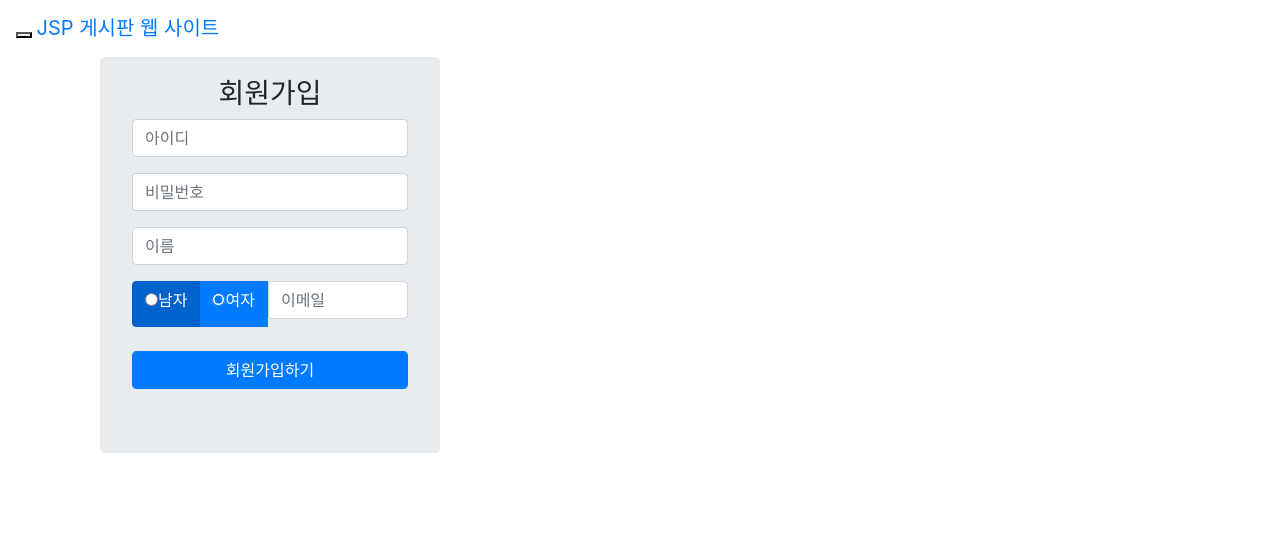
Repository: hz6450/2024-summer-jsp-notice-project
Page: http://localhost/BBS/join.jsp
An editor plug-in stored every save of this project. The page is shown before and after the next save, followed by the edit.
The browser window is 1280 px wide. The pictures show the whole page.
Some web libraries are served in a nearby version. The page is served by Tomcat 10. Other server files are loaded and not shown.

Above is the page before, as saved 2024-07-10 07:15:29.

### projects/BBS/src/main/webapp/join.jsp
<%@ page language="java" contentType="text/html; charset=UTF-8" pageEncoding="UTF-8" %>
    <!DOCTYPE html>
    <html>

    <head>
        <meta charset="UTF-8">
        <meta name="viewport" content="width=device-width" initial-scale="1">
        <link rel="stylesheet" href="css/bootstrap.css">
        <title>jsp 게시판 웹 사이트</title>
    </head>

    <body>
        <nav class="navbar navbar-default">
            <div class="navbar-header">
                <button type="button" class="navbar-toggle" data-toggle="collapse"
                    data-target="#bs-example-navbar-collapse-1" aria-expanded="false">
                    <span class="icon-bar"></span>
                    <span class="icon-bar"></span>
                    <span class="icon-bar"></span>
                </button>
                <a class="navbar-brand" href="main.jsp">JSP 게시판 웹 사이트</a>
            </div>
            <div class="collapse navbar-collapse" id="bs-example-navbar-collapse-1">
                <ul class="nav navbar-nav">
                    <li><a href="main.jsp">메인</a></li>
                    <li><a href="bbs.jsp">게시판</a></li>
                </ul>
                <ul class="nav navber-nav navbar-right">
                    <li class="dropdown">
                        <a href="#" class="dropdown-toggle" data-toggle="dropdown" role="button" aria-haspopup="true"
                            aria-expanded="false">접속하기<span class="caret"></span></a>
                        <ul class="dropdown-menu">
                            <li class="active"><a href="login.jsp">로그인</a></li>
                            <li><a href="join.jsp">회원가입</a></li>
                        </ul>

                    </li>
                </ul>
            </div>
        </nav>

        <div class="container">
            <div class="col-lg-4"></div>
            <div class="col-lg-4">
                <div class="jumbotron" style="padding-top: 20px;">
                    <form methon="post" action="loginAction.jsp">
                        <h3 style="text-align: center;">회원가입</h3>
                        <div class="form-group">
                            <input type="text" class="form-control" placeholder="아이디" name="userID" maxlength="20">
                        </div>
                        <div class="form-group">
                            <input type="password" class="form-control" placeholder="비밀번호" name="userPassword"
                                maxlength="20">
                        </div>
                        <div class="form-group">
                            <input type="text" class="form-control" placeholder="이름" name="userPassword"
                                maxlength="20">
                        </div>
                        <div class="form-group" style="text-align: center;">
                            <div class="btn-group" data-toggle="buttons">
                                <label class="btn btn-primary active">
                                    <input type="radio" name="userGender" autocomplete="off" value="남자" checked>남자
                                </label>
                                <label class="btn btn-primary">
                                    <input type="radio" name="userGender" autocomplete="off" value="여자" checked>여자
                                </label>
                                <div class="form-group">
                                    <input type="email" class="form-control" placeholder="이메일" name="userEmail"
                                        maxlength="20">
                                </div>
                            </div>
                        </div>
                        <input type="submit" class="btn btn-primary form-control" value="회원가입하기">
                    </form>
                </div>
            </div>
            <div class="col-lg-4"></div>

        </div>

        <script src="https://code.jquery.com/jquery-3.1.1.min.js"></script>
        <script src="js/bootstrap.js"></script>

    </body>

    </html>

Loaded but not shown: projects/BBS/src/main/webapp/css/bootstrap.css (library); projects/BBS/src/main/webapp/js/bootstrap.js (library)

After the next save:
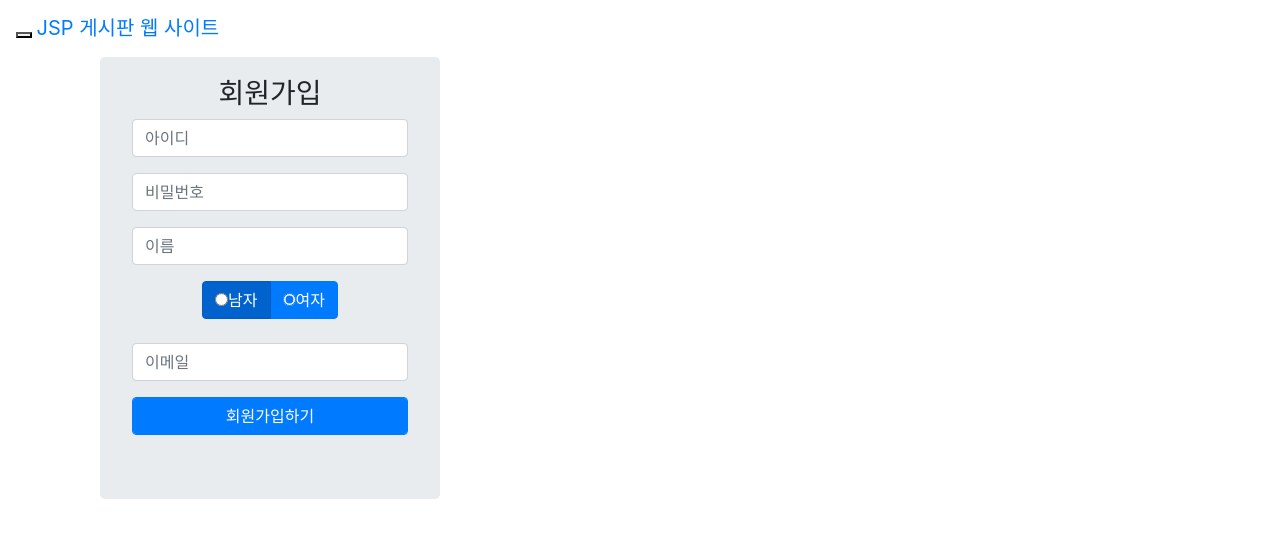
Saved 3 min 28 s later.
--- a/projects/BBS/src/main/webapp/join.jsp
+++ b/projects/BBS/src/main/webapp/join.jsp
@@ -64,12 +64,12 @@
                                 <label class="btn btn-primary">
                                     <input type="radio" name="userGender" autocomplete="off" value="여자" checked>여자
                                 </label>
-                                <div class="form-group">
+                            </div>
+                        </div>
+                         <div class="form-group">
                                     <input type="email" class="form-control" placeholder="이메일" name="userEmail"
                                         maxlength="20">
                                 </div>
-                            </div>
-                        </div>
                         <input type="submit" class="btn btn-primary form-control" value="회원가입하기">
                     </form>
                 </div>
